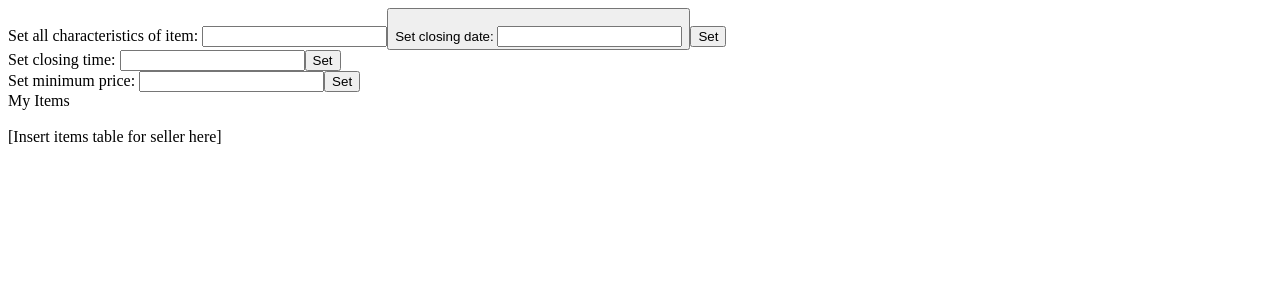
Repository: divergentArrow/Databases
Page: http://localhost/cs336project/seller.jsp
These files come from the project's save history. The page is drawn as it stood at one moment and after the next save; the edit follows.
The browser window is 1280 px wide. The pictures show the whole page.
The page is served by Tomcat 9.

Above is the page before, as saved 2019-04-14 20:49:14.

After the next save:
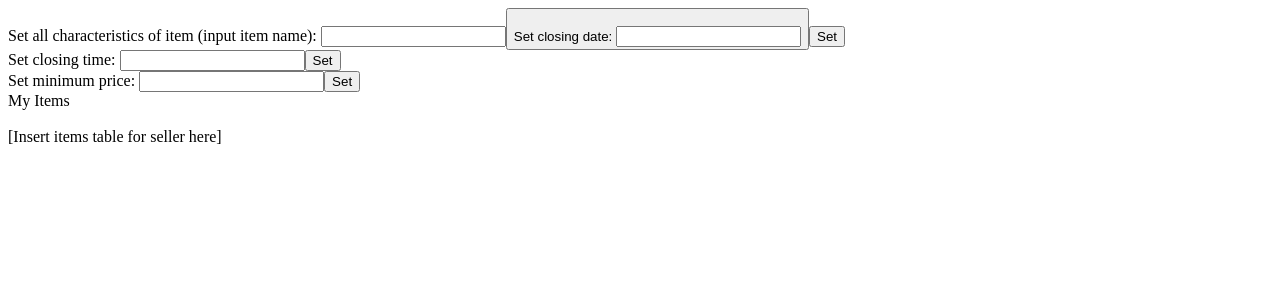
Saved 14 s later.
--- a/cs336project/WebContent/seller.jsp
+++ b/cs336project/WebContent/seller.jsp
@@ -10,7 +10,7 @@
 
 <body>
 	<div>
-		Set all characteristics of item: <input type="text" name="item"><button type="button" id="setCharacteristicsButton"><br>
+		Set all characteristics of item (input item name): <input type="text" name="item"><button type="button" id="setCharacteristicsButton"><br>
 		Set closing date: <input type="text" id="cdate"><button type="button" id="setDateButton">Set</button><br>
 		Set closing time: <input type="text" id="ctime"><button type="button" id="setTimeButton">Set</button><br>
 		Set minimum price: <input type="text" id="minPrice"><button type="button" id="setMinPriceButton">Set</button><br>
